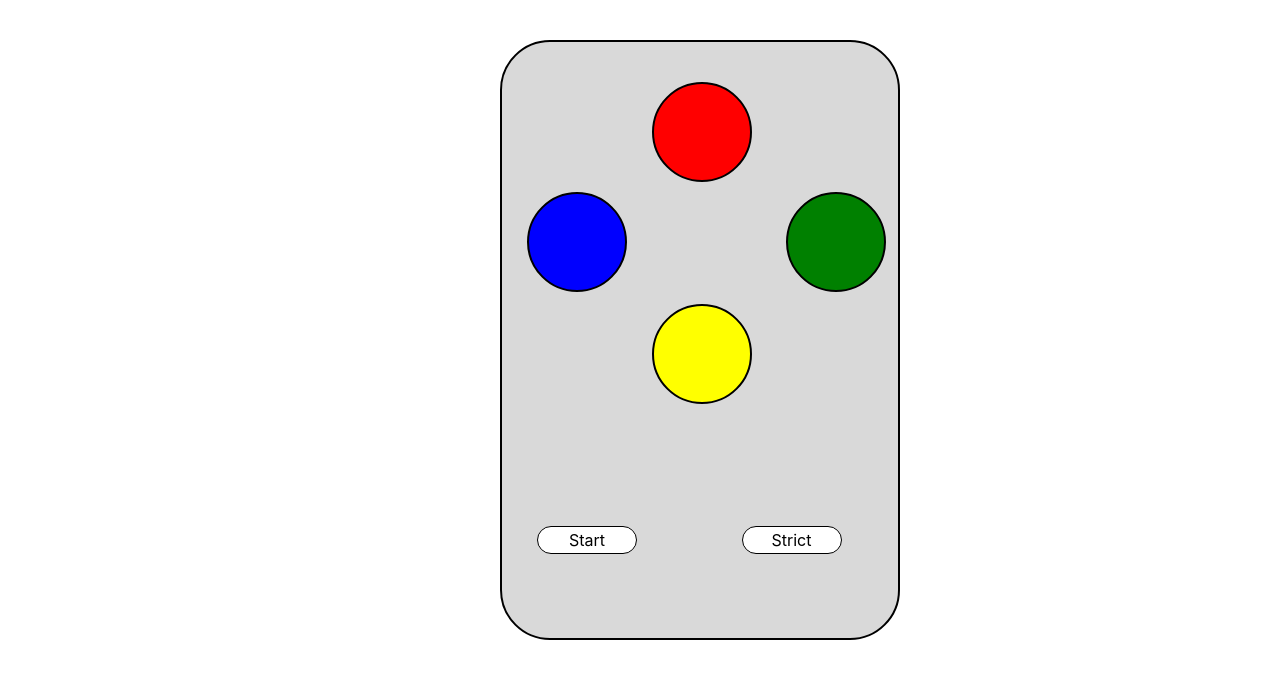
Repository: Code-Institute-Submissions/The-Simon-Game
Page: index.html
The author's editor kept a record of every edit. The page is drawn from the files as they stood at one moment, then again after the next edit.
The browser window is 1280 px wide. The pictures show the whole page.

Above is the page before.

### index.html
<!DOCTYPE html>
<html lang="en">

<head>
    <meta charset="UTF-8">
    <meta name="viewport" content="width=device-width, initial-scale=1.0">
    <meta http-equiv="X-UA-Compatible" content="ie=edge">
    <link rel="stylesheet" href="https://stackpath.bootstrapcdn.com/bootstrap/4.3.1/css/bootstrap.min.css" integrity="sha384-ggOyR0iXCbMQv3Xipma34MD+dH/1fQ784/j6cY/iJTQUOhcWr7x9JvoRxT2MZw1T" crossorigin="anonymous">
    <link rel="stylesheet" href="css/style.css" type="text/css" />
    <title>Simon The Memory Game</title>
</head>

<body>
    <!-- Panel -->
    <section class="panel">
        <div class="panel-overlay">
            <div class="row">
                <!-- Color buttons -->
                <div class="column col-4 col-sm-4">
                    <div class="blue"></div>
                </div>
                <div class="column col-4 col-sm-4">
                    <div class="red"></div>
                    <div class="yellow"></div>
                </div>
                <div class="column col-4 col-sm-4">
                    <div class="green"></div>
                </div>

            <!-- Start Button -->
            <div class="start">
                <button class="start_button">Start</button>
                <button class="strict_button">Strict</button>
            </div>
        </div>
    </section>
</body>

</html>

### css/style.css
/*--  Panel  --*/

.panel {
    height: 600px;
    width: 400px;
    margin: 40px;
    margin-left: 500px;
    border-radius: 50px;
    background-color: #d9d9d9;
    border: 2px solid black;
}

/*--  Color Button  --*/

.yellow {
    height: 100px;
    width: 100px;
    margin: 122px;
    margin-left: 8px;
    background-color: yellow;
    border-radius: 75px;
    border: 2px solid black;
}

.red {
    height: 100px;
    width: 100px;
    margin: 40px;
    margin-left: 8px;
    background-color: red;
    border-radius: 75px;
    border: 2px solid black;
}

.blue {
    height: 100px;
    width: 100px;
    margin: 150px;
    margin-left: 25px;
    background-color: blue;
    border-radius: 75px;
    border: 2px solid black;
}

.green {
    height: 100px;
    width: 100px;
    margin: 150px;
    margin-left: 0px;
    background-color: green;
    border-radius: 75px;
    border: 2px solid black;
}

/*-- Start Button --*/

.start_button {
    width: 100px;
    margin-left: 50px;
    border-radius: 50px;
    border: 1px solid black;
    background-color: white;
}

/*-- Strict Button --*/

.strict_button {
    width: 100px;
    margin-left: 100px;
    border-radius: 50px;
    border: 1px solid black;
    background-color: white;
}

/*-- On and Off Switch --*/

After the next edit:
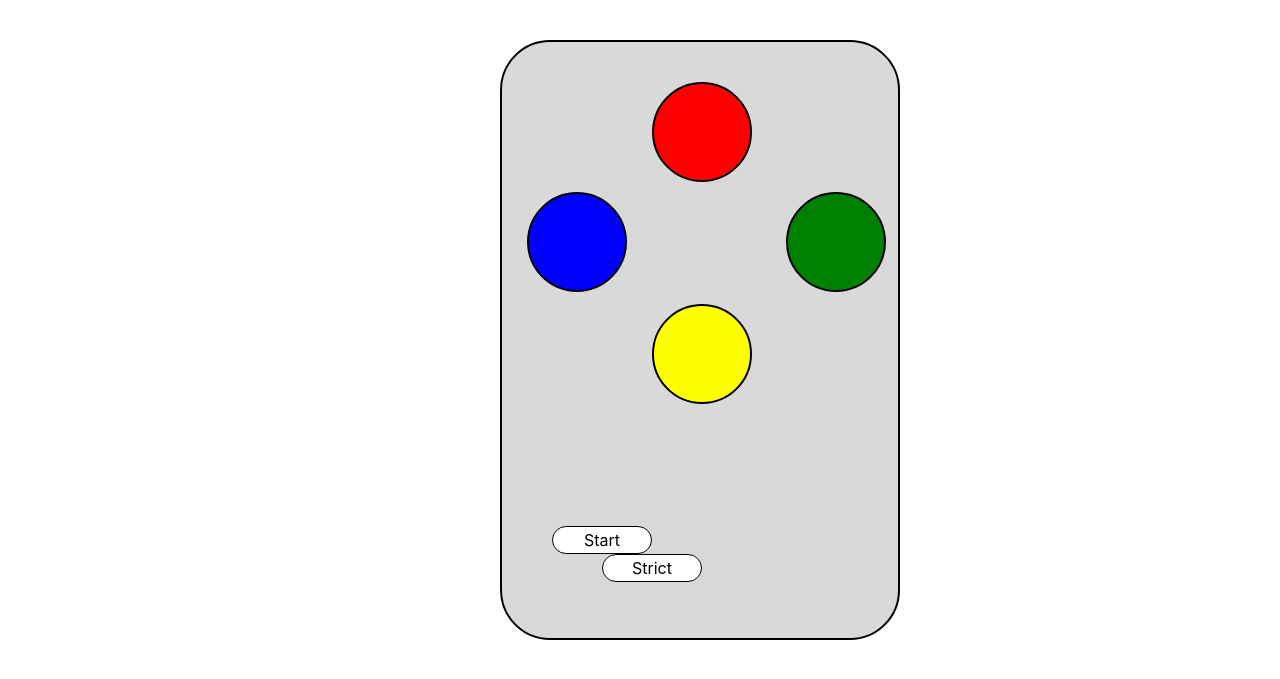
The edit:
--- a/index.html
+++ b/index.html
@@ -26,11 +26,12 @@
                 <div class="column col-4 col-sm-4">
                     <div class="green"></div>
                 </div>
-
-            <!-- Start Button -->
-            <div class="start">
-                <button class="start_button">Start</button>
-                <button class="strict_button">Strict</button>
+                <!-- Start and Strict Buttons -->
+                <div class="column col-4 col-sm-4">
+                    <div class="">
+                    <button class="start_button">Start</button>
+                    <button class="strict_button">Strict</button>
+                </div>
             </div>
         </div>
     </section>
